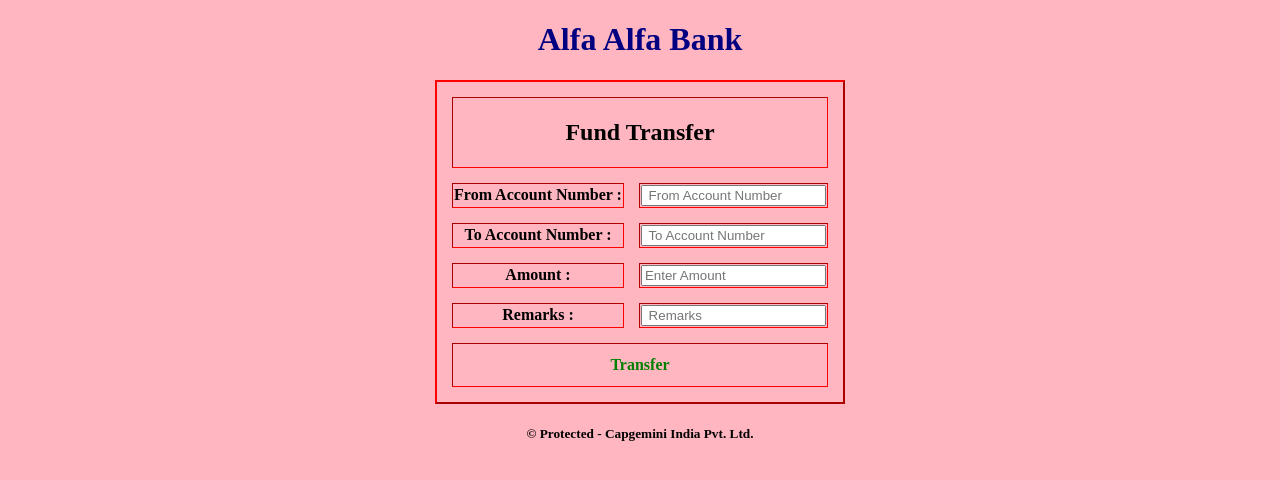
Repository: Rccalfa123/OnlineBankingApp
Page: http://localhost/AlfaAlfaBankApp/fundTransfer.jsp
These files come from the project's save history. The page is drawn as it stood at one moment and after the next save; the edit follows.
The browser window is 1280 px wide. The pictures show the whole page.
The page is served by Tomcat 9.

Above is the page before, as saved 2018-08-13 05:16:06.

After the next save:
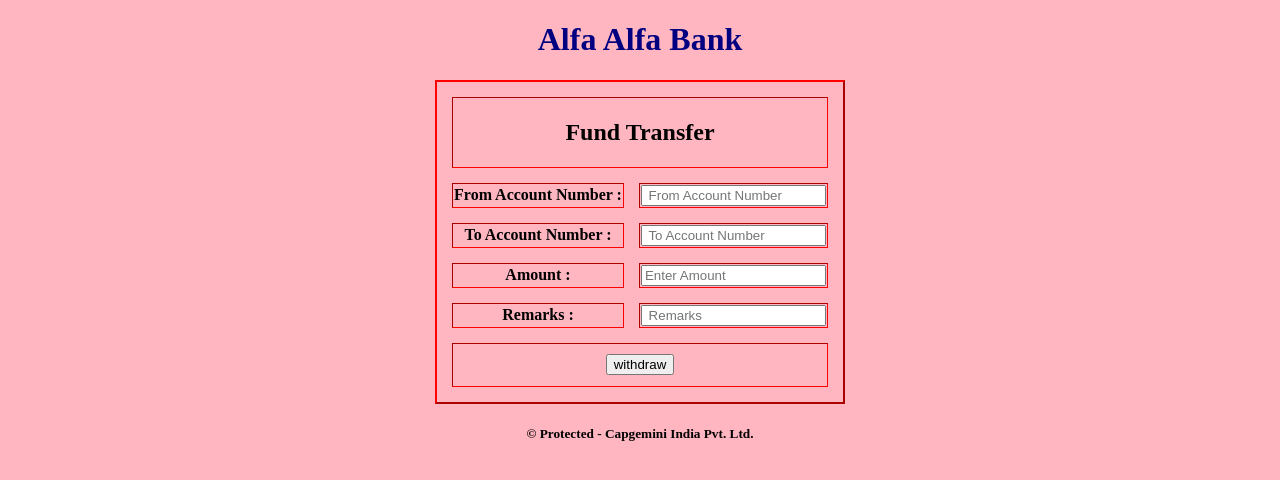
Saved 17 s later.
--- a/AlfaAlfaBankApp/WebContent/fundTransfer.jsp
+++ b/AlfaAlfaBankApp/WebContent/fundTransfer.jsp
@@ -39,7 +39,7 @@
 						<th colspan="5" > <input type="text" name="typedremarks"  placeholder=" Remarks "></th>
 					</tr>
  					<tr>
-						<th colspan="6"  height="40"><a href = "withdraw.app">Transfer</a></th>
+						<th colspan="6"  height="40"><input type="submit" value="withdraw"></th>
 					</tr>
 				</table>
 			</div>
